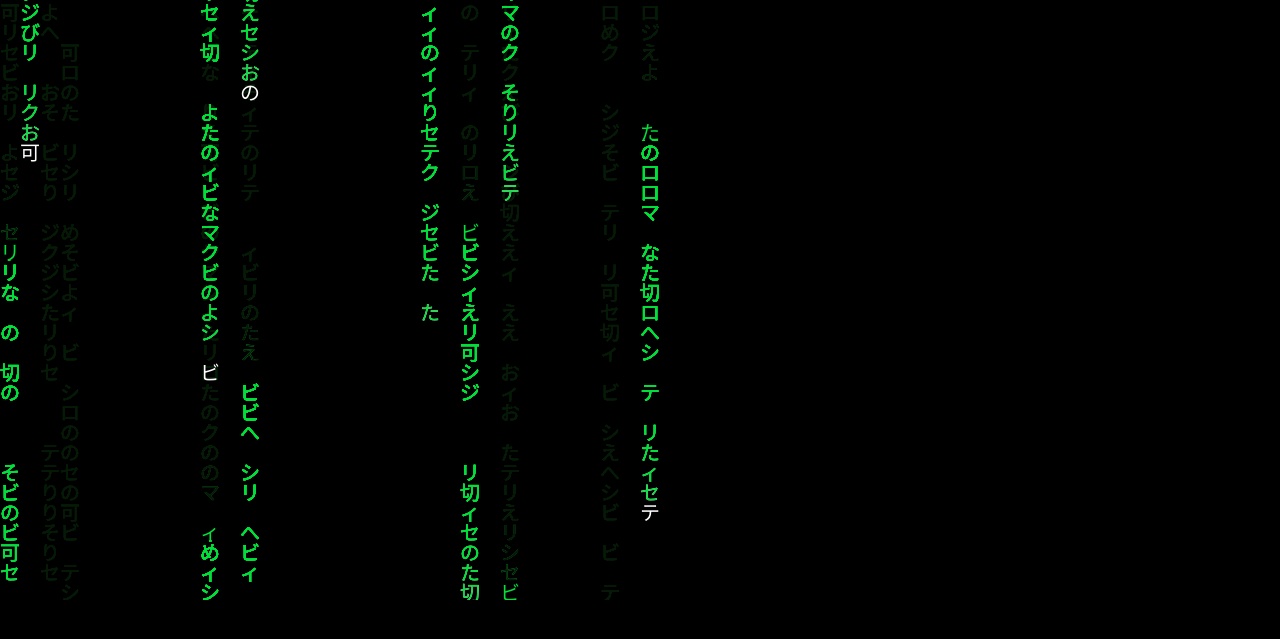
Repository: superdids/DAT152
Page: http://localhost/DigitalRain/
These files come from the project's save history. The page is drawn as it stood at one moment and after the next save; the edit follows.
The browser window is 1280 px wide. The pictures show the whole page.
The page is served by Tomcat 9.

Above is the page before, as saved 2015-09-01 13:03:58.

After the next save:
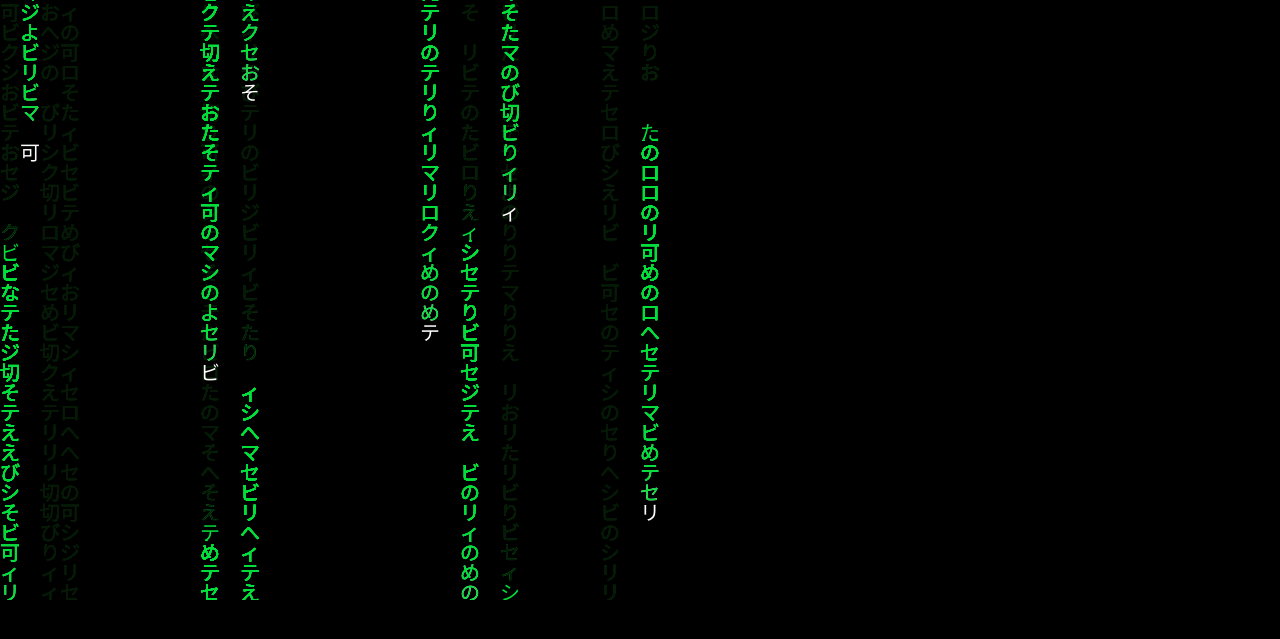
Saved 11 s later.
--- a/DigitalRain/WebContent/js/digitalRain.js
+++ b/DigitalRain/WebContent/js/digitalRain.js
@@ -3,7 +3,7 @@
 var canvas, ctx, fontSize, cols;
 //var symbols = generateSymbols();
 //var symbols = "あかさたないきしちにうくすつぬえけせてねおこそとのはまやらわひみりをふむゆるんへめれ".split("");
-var symbols = "可な およびそのマ クセシビリティ ビリティ セシビリ への切りえ ロジ のため".split("");
+var symbols = "可な およびそのマクセシビリティビリティセシビリへの切りえロジのため".split("");
 
 var drops = [];
 //var bools = [];
